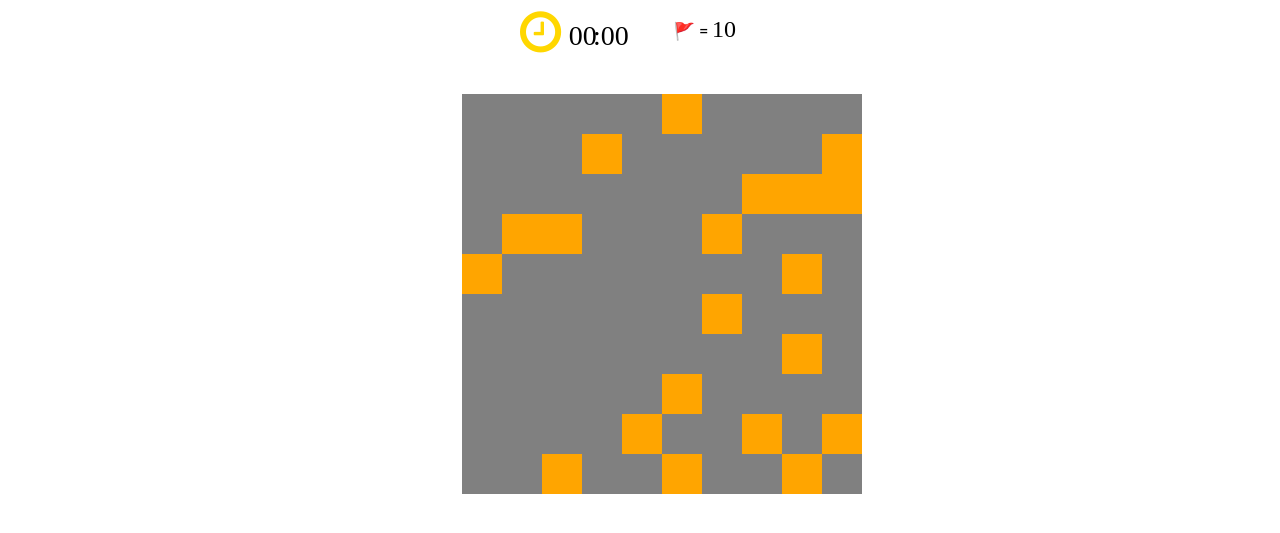
Repository: issaRan/MineSweeper
Page: html/index.html
These files come from the project's save history. The page is drawn as it stood at one moment and after the next save; the edit follows.
The browser window is 1280 px wide. The pictures show the whole page.

Above is the page before, as saved 2020-10-23 19:22:55.

After the next save:
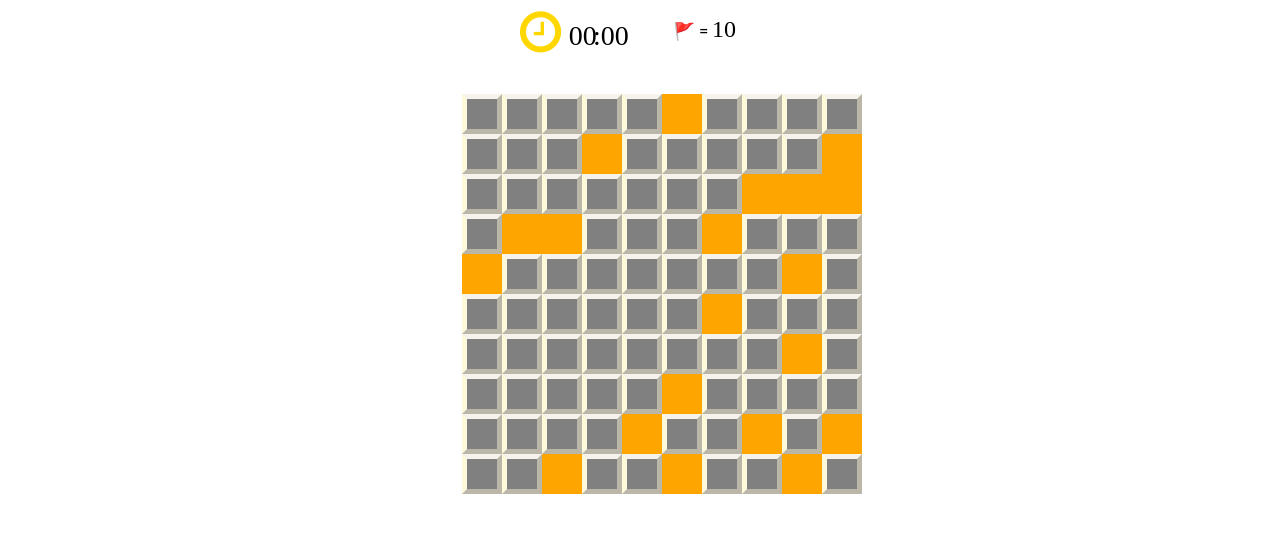
Saved 7 min 8 s later.
--- a/css/styles.css
+++ b/css/styles.css
@@ -28,9 +28,6 @@ h1{
     box-sizing: border-box;
 }
 .grid div {
-    border: 1px red;
-    border-color: red;
-    box-sizing: border-box;
     height: 40px;
     width: 40px;
 }
